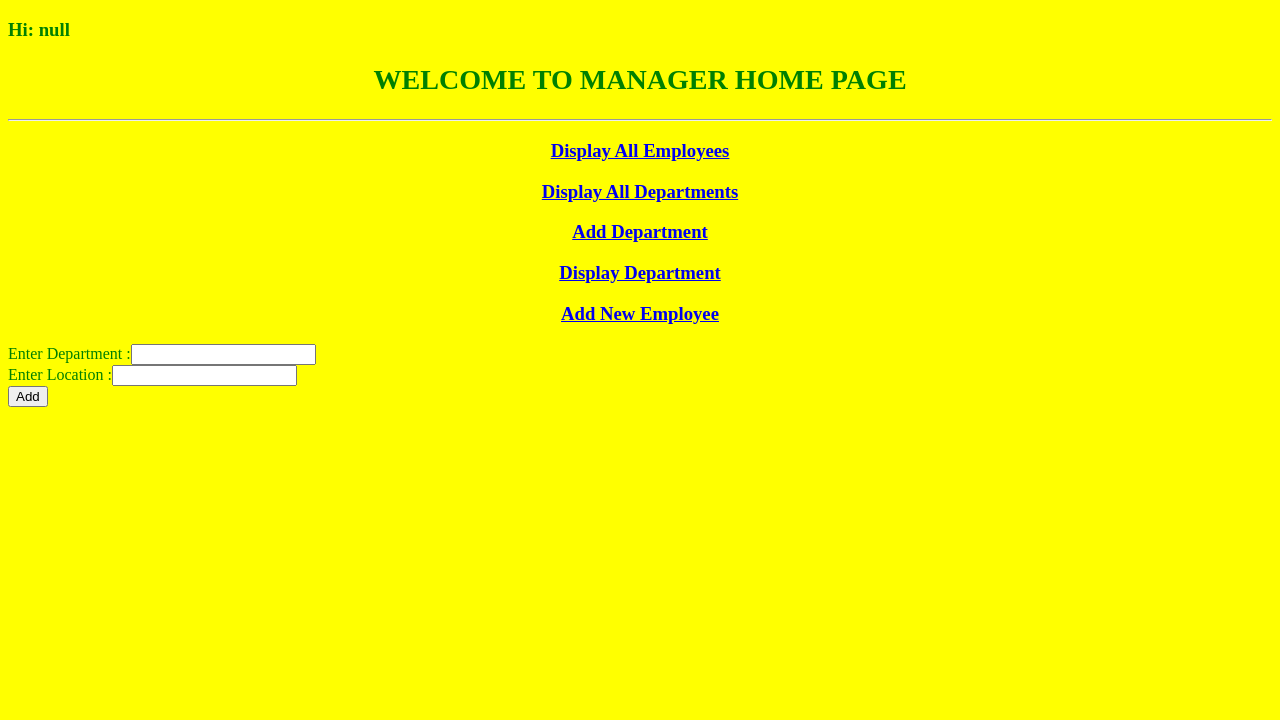
Repository: laharidevisetti/TSWebProject-2-Tables-_Skel
Page: http://localhost/TSWebProject_2Tables__Skel/RegisterDept.jsp
These files come from the project's save history. The page is drawn as it stood at one moment and after the next save; the edit follows.
The browser window is 1280 px wide. The pictures show the whole page.
The page is served by Tomcat 9.

Above is the page before, as saved 2019-04-28 06:02:45.

After the next save:
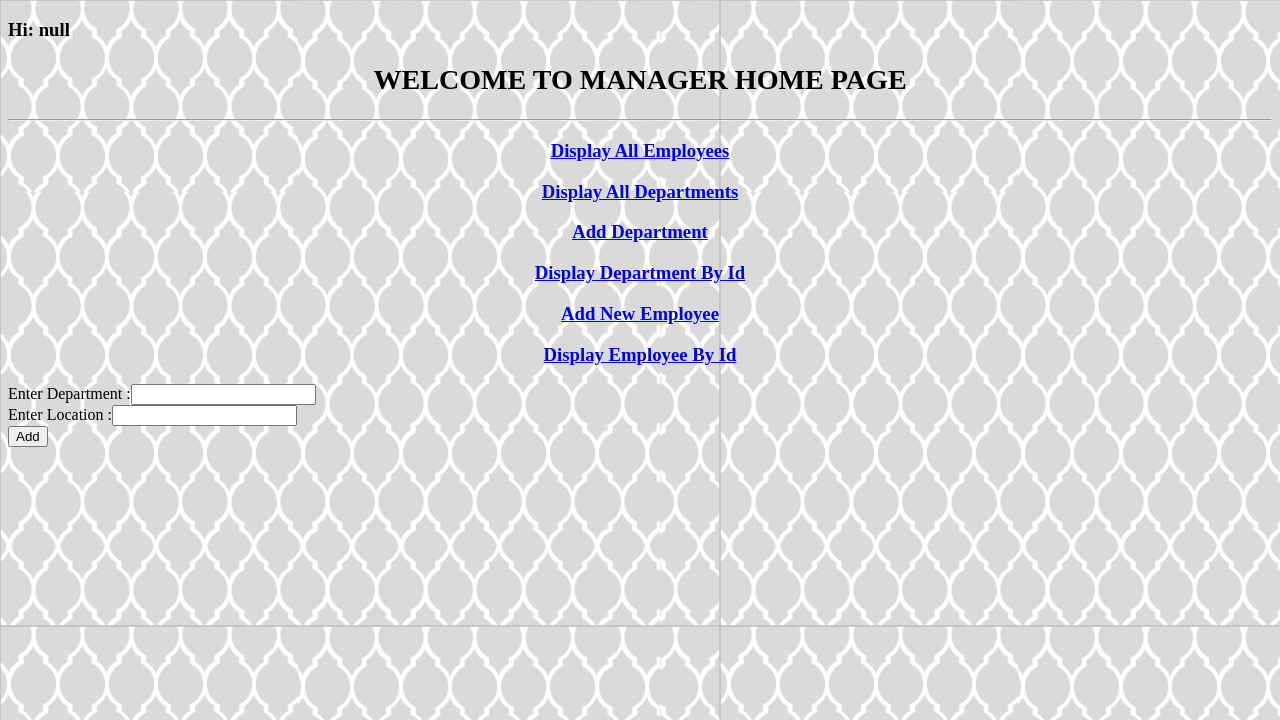
Saved 63 s later.
--- a/TSWebProject(2Tables)_Skel/WebContent/MgrHomePage.jsp
+++ b/TSWebProject(2Tables)_Skel/WebContent/MgrHomePage.jsp
@@ -6,17 +6,17 @@
 <meta http-equiv="Content-Type" content="text/html; charset=ISO-8859-1">
 <title>Insert title here</title>
 </head>
-<body>
+<body background = "Gray-background.jpg">
 		<%
 		String user = (String)session.getAttribute("user");
 		 %>
-		<body bgcolor=yellow text=green>
 		<h3>Hi: <%=user %><center><h2>WELCOME TO MANAGER HOME PAGE</h2></center>
 		<hr>
 		<h3><center><a href='DisplayAllEmp'>Display All Employees</a></center></h3>
 		<h3><center><a href='DiaplayAllDepts'>Display All Departments</a></center></h3>
 		<h3><center><a href='RegisterDept.jsp'>Add Department</a></center></h3>
-		<h3><center><a href='getDeptById.jsp'>Display Department</a></center></h3>
+		<h3><center><a href='getDeptById.jsp'>Display Department By Id</a></center></h3>
 		<h3><center><a href='RegisterEmp.jsp'>Add New Employee</a></center></h3>
+		<h3><center><a href='getEmpById.jsp'>Display Employee By Id</a></center></h3>
 </body>
 </html>
